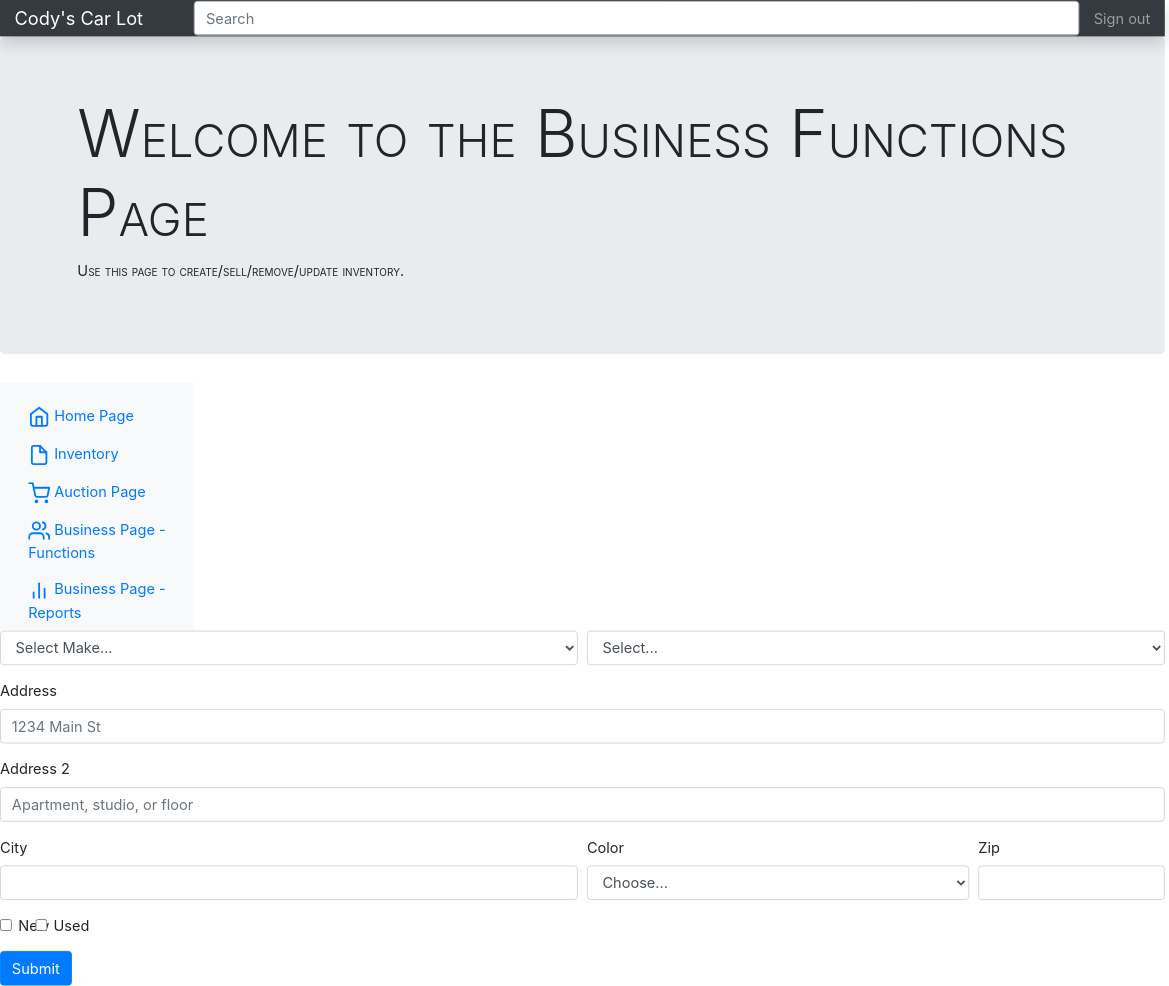
Repository: CodyHogge/CarDealershipProject
Page: http://localhost/CarDealershipProject/booted_functions.jsp
An editor plug-in stored every save of this project. The page is shown before and after the next save, followed by the edit.
The browser window is 1280 px wide. The page is 1285 px wide, so the pictures cover 1285 px, including what lies to the right of the window. The pictures show the whole page, at 91% of full size.
The page is served by Tomcat 9.

Above is the page before, as saved 2020-09-16 16:22:39.

After the next save:
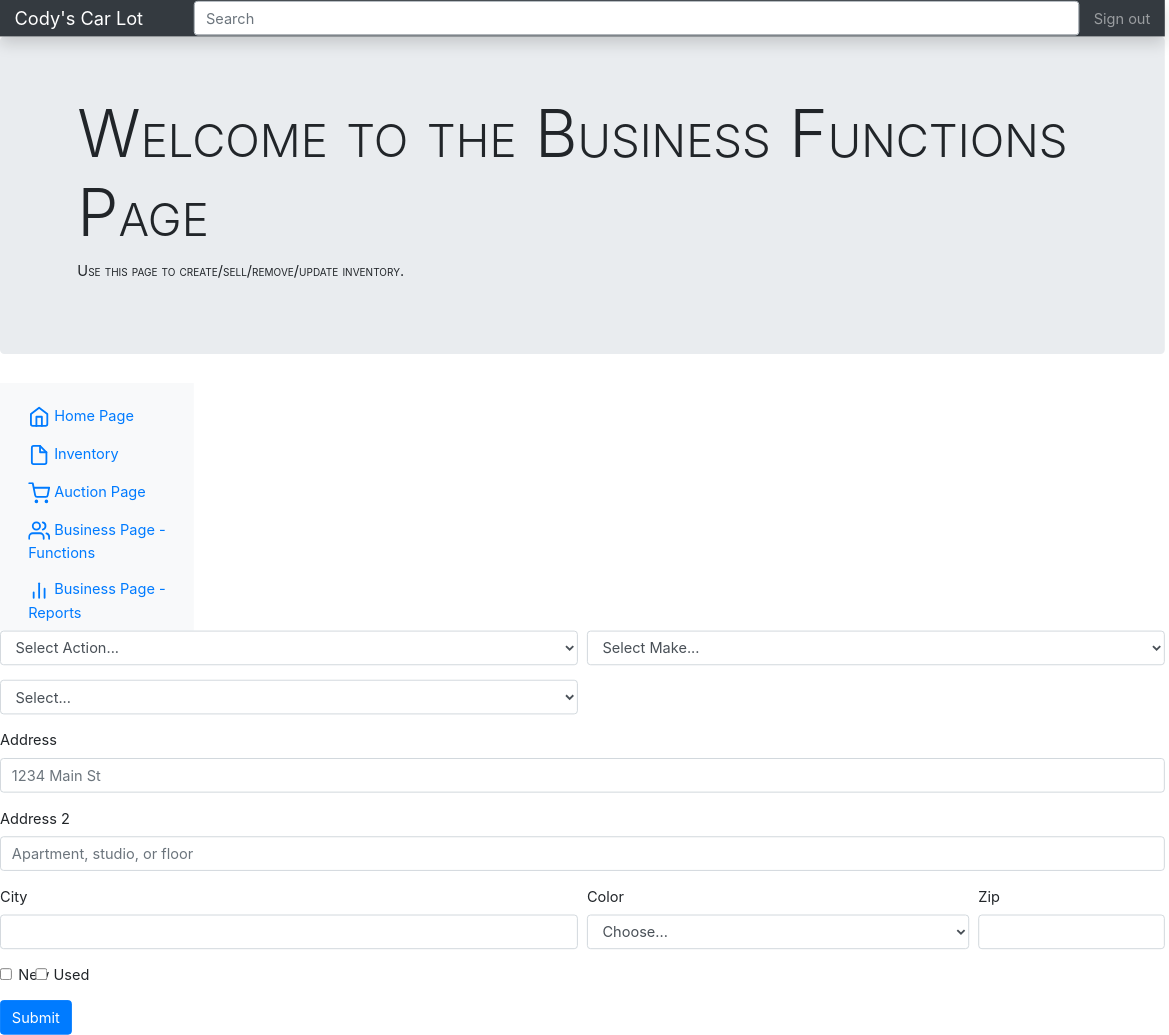
Saved 63 s later.
--- a/CarDealershipProject/WebContent/booted_functions.jsp
+++ b/CarDealershipProject/WebContent/booted_functions.jsp
@@ -75,6 +75,14 @@
 
 	<form action="inventoryUpdateServlet" method="post">
   		<div class="form-row">
+  			<div class="form-group col-md-6">
+      			<select id="action" class="form-control">
+      				<option>Select Action...</option>
+      				<option value="add">Add</option>
+      				<option value="remove">Remove</option>
+      				<option value="sell">Sell</option>
+      			</select>
+    		</div>
     		<div class="form-group col-md-6">
       			<select id="make" class="form-control">
       				<option>Select Make...</option>
